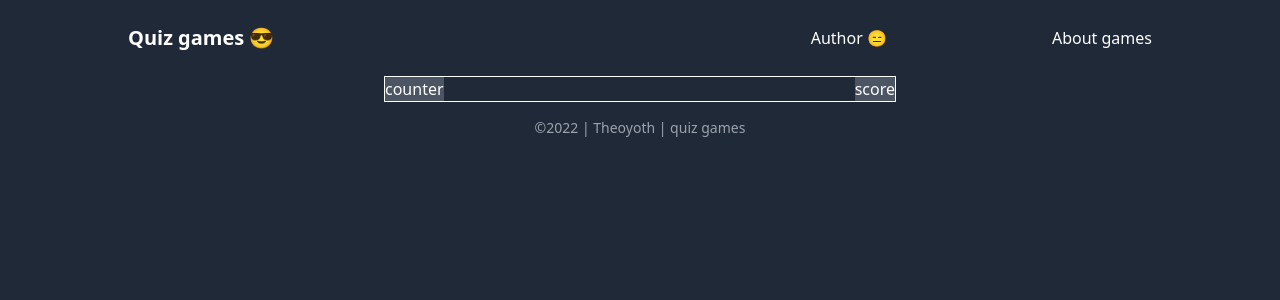
Repository: theoyoth/quiz-game
Page: /game
An editor plug-in stored every save of this project. The page is shown before and after the next save, followed by the edit.
The browser window is 1280 px wide. The pictures show the whole page.
The page's requests for data from a server got no answer. The project was rebuilt for these pictures with package versions that can differ from the ones it lists, and the page was loaded fresh each time. The framework's server and built-in components were replaced by stand-ins that run in the browser. No one was signed in, and anything a server would have sent is missing. Also part of the build but not shown: nuxt.config.js, layouts/404.vue, layouts/error.vue, layouts/errorLayout.vue. Imported but missing from the stored project, and not drawn on this page: components/EndPage.vue.

Above is the page before, as saved 2022-06-16 15:35:06.

### assets/css/main.css
@tailwind base;
@tailwind components;
@tailwind utilities;


/* hide scrollbar */
/* ================================ */
* {
  /* for explorer, edge */
  -ms-overflow-style: none;
  /* for firefox */
  scrollbar-width: none;
}
::-webkit-scrollbar {
  /* for chrome, safari, and opera */
  display: none;
}
/* ================================ */

.correct {
  background-color: rgb(23, 87, 170);
}
.incorrect {
  background-color: rgb(204, 49, 41);
}

### components/Footer.vue
.<template>
  <div class="text-center mt-4">
    <p class="text-sm text-gray-400">&copy;2022 | Theoyoth | quiz games</p>
  </div>
</template>

<script>
export default {

}
</script>

### components/Header.vue
<template>
  <div class="flex justify-between items-center">
    <div>
      <h2 class="font-bold text-xl">
        <NuxtLink to="/">Quiz games 😎</NuxtLink>
      </h2>
    </div>
    <div class="lg:w-1/3 sm:w-1/2 md:w-1/3 xl:w-1/3 flex justify-between items-center">
      <NuxtLink to="/">Author 😑</NuxtLink>
      <NuxtLink to="/about">About games</NuxtLink>
    </div>
  </div>
</template>

<script>
export default {

}
</script>

### components/Loading.vue
<template>
  <div class="loading">
    <span></span>
  </div>
</template>

<script>
export default {

}
</script>

<style>
.loading {
  height: 100vh;
  width: 100%;
  display: flex;
  justify-content: center;
  align-items: center;
}
@keyframes circle-loading {
  to {
    transform: rotateZ(360deg);
  }
}
.loading span{
  display: block;
  width: 70px;
  height: 70px;
  border-radius: 50%;
  border: 2px solid transparent;
  border-top-color: #fff;
  animation: circle-loading 1200ms ease infinite;

}
</style>

### components/Main.vue
<template>
  <div>
    <div class="lg:px-10 md:px-8 sm:px-4 xl:px-32 py-6 min-h-screen bg-gray-800 text-white">
    <Header />
      <NuxtChild />
    <Footer />
    </div>
  </div>
</template>

<script>
export default {

}
</script>

### layouts/default.vue
<template>
  <Main>
      <Nuxt />
  </Main>
</template>

### pages/game.vue
<template>
  <div  class="mt-6">
    <Loading v-if="$fetchState.pending"/>
    <div v-else class="w-full grid grid-cols-1 place-items-center">
      <div class="xl:w-1/2 lg:w-3/4 sm:w-11/12 md:w-2/3 border border-white border-1">
        <div class="w-full flex justify-between">
          <div class="bg-gray-600">counter</div>
          <div class="bg-gray-600">score</div>
        </div>
        <div v-for="(q,i) in questionNow" :key="i" class="mb-4 border border-white border-1">
          <div class="px-6 py-8 bg-gray-600 rounded-lg text-center">
            <h1 class="text-lg font-semibold">{{q.question}}</h1>
            <div class="mt-4 grid grid-cols-2 gap-4 justify-items-center">
              <div v-for="(an,i) in q.answer" :key="i" class="w-40 py-2 bg-green-600 rounded-lg cursor-pointer text-center hover:bg-green-500" @click="sendAnswer">
                {{an}}
              </div>
            </div>
          </div>
        </div>
      </div>
    </div>
    <div v-if="feedback !== ''">
        <h1>{{feedback}}</h1>
    </div>
  </div>
</template>

<script>
export default {
  data() {
    return {
      dataQuestions:[],
      questions:[],
      answerQuestions:[],
      allQuestions:[],
      currentQuestion:"",
      questionNow:[],
      randomIdx:0,
      questionIndex:0,
      questionCounter:0,
      score:[],
      acceptingAnswer:false,
      feedback:"",
      correct:false,
      selectedAnswer:"",
    }
  },
  async fetch(){
    await this.getQuestions()
  },
  methods: {
    async getQuestions(){
      this.questionCounter = 0

      const dataQ = await this.$axios.get('https://opentdb.com/api.php?amount=10&category=9&difficulty=easy&type=multiple')
      this.dataQuestions = dataQ.data.results;
      this.dataQuestions.map((data,i) => {
        this.answerQuestions.push(data.incorrect_answers)

        this.randomIdx = Math.floor(Math.random() * 3) + 1
        this.answerQuestions[i].splice(this.randomIdx - 1, 0, data.correct_answer)

        this.allQuestions.push({question : data.question, answer: this.answerQuestions[i], correctAnswer: data.correct_answer})

      })
      await this.getNewQuestion()
    },
    async getNewQuestion(){
      if(this.allQuestions.length === 0){
        return this.feedback = "you are finished the questions"
      }
      this.questionCounter++

      this.questionIndex = Math.floor(Math.random() * this.allQuestions.length)
      const currentQuestion = this.allQuestions[this.questionIndex]
      this.questionNow.push(currentQuestion)

      this.allQuestions.splice(this.questionIndex, 1)

      this.acceptingAnswer = true
    },
    sendAnswer(e){
      if(!this.acceptingAnswer) return

      this.acceptingAnswer = false

      const target = e.target
      this.selectedAnswer = target.innerText
      const answer = this.questionNow[0].correctAnswer

      const classApply = this.selectedAnswer == answer ? 'correct' : 'incorrect'

      target.parentElement.classList.add(classApply)

      setTimeout(() => {
        target.parentElement.classList.remove(classApply)
        this.questionNow.splice(0,1)
        this.getNewQuestion()
      }, 500)
    }
  },
  fetchDelay : 2000,
  // mounted() {
  //   this.getNewQuestion()
  // }

}
</script>

### tailwind.config.js
/** @type {import('tailwindcss').Config} */
module.exports = {
  content: [
    "./components/**/*.{js,vue,ts}",
    "./layouts/**/*.vue",
    "./pages/**/*.vue",
    "./plugins/**/*.{js,ts}",
    "./nuxt.config.{js,ts}",
  ],
  theme: {
    extend: {},
    screens: {
      sm: "410px",
      md: "640px",
      lg: "770px",
      xl: "1024px",
    },
  },
  plugins: [],
};

After the next save:
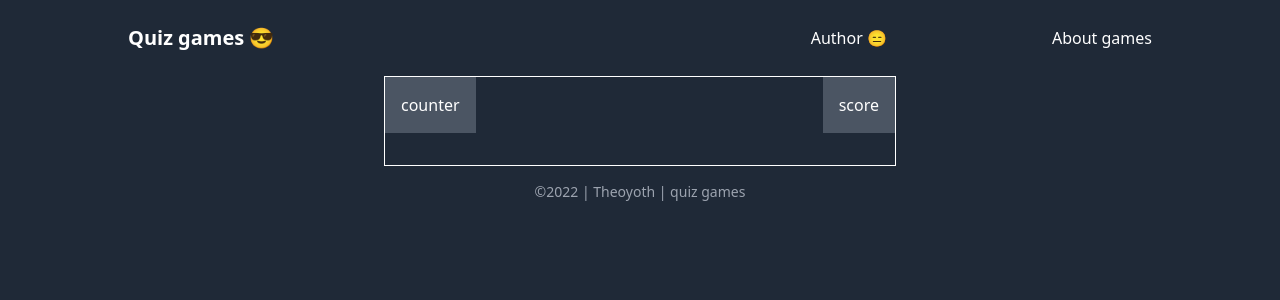
Saved 21 s later.
--- a/pages/game.vue
+++ b/pages/game.vue
@@ -3,9 +3,9 @@
     <Loading v-if="$fetchState.pending"/>
     <div v-else class="w-full grid grid-cols-1 place-items-center">
       <div class="xl:w-1/2 lg:w-3/4 sm:w-11/12 md:w-2/3 border border-white border-1">
-        <div class="w-full flex justify-between">
-          <div class="bg-gray-600">counter</div>
-          <div class="bg-gray-600">score</div>
+        <div class="w-full flex justify-between mb-8">
+          <div class="bg-gray-600 p-4">counter</div>
+          <div class="bg-gray-600 p-4">score</div>
         </div>
         <div v-for="(q,i) in questionNow" :key="i" class="mb-4 border border-white border-1">
           <div class="px-6 py-8 bg-gray-600 rounded-lg text-center">
